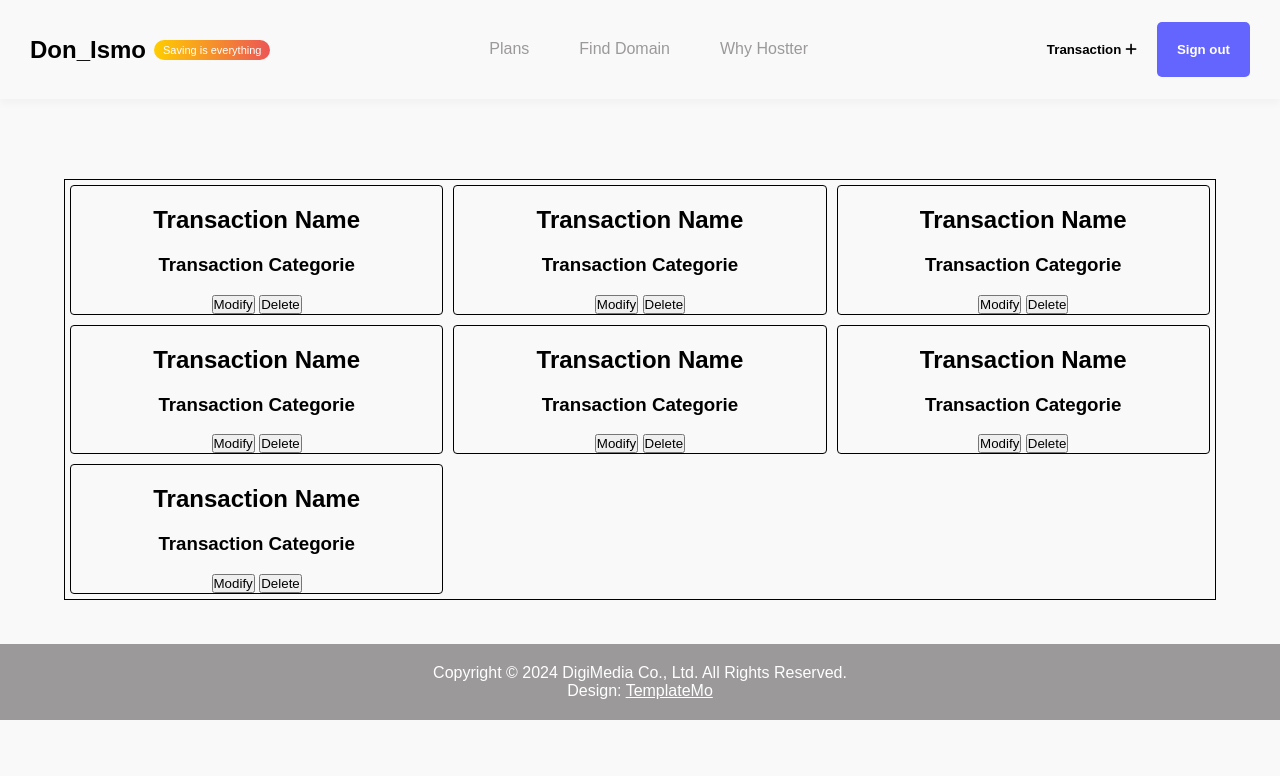
Repository: Ismail-ibr/pfa
Page: Dashboard/index.html
An editor plug-in stored every save of this project. The page is shown before and after the next save, followed by the edit.
The browser window is 1280 px wide. The pictures show the whole page.

Above is the page before, as saved 2024-05-16 23:02:08.
Console error: ReferenceError: closeButton is not defined

### Dashboard/index.html
<!DOCTYPE html>
<html lang="en">

<head>
    <meta charset="UTF-8">
    <meta name="viewport" content="width=device-width, initial-scale=1.0">
    <link rel="stylesheet" href="./style.css">
    <link rel="stylesheet" href="https://cdnjs.cloudflare.com/ajax/libs/font-awesome/6.5.2/css/all.min.css">
    <title>Document</title>
    <script defer src="./script.js"></script>
</head>

<body>

    <div class="main-div">
        <div class="nav">
            <div class="logo">
                <h2>Don_Ismo</h1>
                    <h4>Saving is everything</h4>
            </div>
            <div class="list">
                <ul>
                    <li><a href="#">Plans</a></li>
                    <li><a href="#">Find Domain</a></li>
                    <li><a href="#">Why Hostter</a></li>
                </ul>
            </div>
            <div class="nav-button">
                <h5 class="btn-1 open-button-2">Transaction<i class="fa-solid fa-plus"></i></h5>
                <h5 class="btn-2 open-button">Sign out</h5>
            </div>
            <div class="main_box2" id="modal2">
                <h2>Adding Transaction</h2>
                <form method="POST">
                    <div class="user_box2">
                        <input type="text" name="" required>
                        <label>Transaction Name</label>
                    </div>
                    <div class="user_box2">
                        <input type="text" name="" required>
                        <label>Transaction Categorie</label>
                    </div>
                    <div class="user_box2">
                        <input type="text" name="" required>
                        <label>Ma3raftch chno akhor</label>
                    </div>
                    <div class="button_form2">
                        <a href="#" id="submit">Ajouter</a>
                    </div>
                </form>
            </div>
            <div id="over"></div>

            <div class="main_box" id="modal">
                <h2>Sign out</h2>
                <div class="user_box">
                    <h3>Are you sure you want to disconnect?</h3>
                </div>
                <div class="buttons_Sign_out">
                    <div class="button_form">
                        <a href="#" id="cancel">Cancel</a>
                    </div>
                    <div class="button_form">
                        <a href="#" id="submit">Disconnect</a>
                    </div>
                </div>
            </div>
            <div id="over"></div>
        </div>
        <div class="main-content">
            <div class="transaction">
                <div class="transac">
                    <h2>Transaction Name</h2>
                    <h3>Transaction Categorie</h3>
                    <div class="buttons-transctions">
                        <button class="modifier">Modify</button>
                        <button class="supprimer">Delete</button>
                    </div>
                </div>
                <div class="transac">
                    <h2>Transaction Name</h2>
                    <h3>Transaction Categorie</h3>
                    <div class="buttons-transctions">
                        <button class="modifier">Modify</button>
                        <button class="supprimer">Delete</button>
                    </div>
                </div>
                <div class="transac">
                    <h2>Transaction Name</h2>
                    <h3>Transaction Categorie</h3>
                    <div class="buttons-transctions">
                        <button class="modifier">Modify</button>
                        <button class="supprimer">Delete</button>
                    </div>
                </div>
                <div class="transac">
                    <h2>Transaction Name</h2>
                    <h3>Transaction Categorie</h3>
                    <div class="buttons-transctions">
                        <button class="modifier">Modify</button>
                        <button class="supprimer">Delete</button>
                    </div>
                </div>
                <div class="transac">
                    <h2>Transaction Name</h2>
                    <h3>Transaction Categorie</h3>
                    <div class="buttons-transctions">
                        <button class="modifier">Modify</button>
                        <button class="supprimer">Delete</button>
                    </div>
                </div>
                <div class="transac">
                    <h2>Transaction Name</h2>
                    <h3>Transaction Categorie</h3>
                    <div class="buttons-transctions">
                        <button class="modifier">Modify</button>
                        <button class="supprimer">Delete</button>
                    </div>
                </div>
                <div class="transac">
                    <h2>Transaction Name</h2>
                    <h3>Transaction Categorie</h3>
                    <div class="buttons-transctions">
                        <button class="modifier">Modify</button>
                        <button class="supprimer">Delete</button>
                    </div>
                </div>
            </div>
        </div>
        <footer>
            <div class="container">
                <div class="row">
                    <div class="col-lg-12">
                        <p>Copyright © 2024 DigiMedia Co., Ltd. All Rights Reserved.
                            <br>Design: <a href="https://templatemo.com" target="_parent"
                                title="free css templates">TemplateMo</a>
                        </p>
                    </div>
                </div>
            </div>
        </footer>
    </div>

</body>

</html>

### Dashboard/style.css
* {
  padding: 0;
  color: rgb(0, 0, 0);
  font-family: "Poppins", sans-serif;
  box-sizing: border-box;
}

body {
  background-color: #f9f9fa;
  margin: 0;
  padding: 0;
}

/*--         Design of the form Sign Up         --*/

.main_box {
  display: none;
}

.main_box,
.main_box2 {
  color: f2f4f9;
  position: fixed;
  top: 50%;
  left: 50%;
  transform: translate(-50%, -50%) scale(0);
  display: flex;
  flex-direction: column;
  align-items: center;
  justify-content: center;
  z-index: 10;
  transition: 200ms ease-in-out;
  width: 400px;
  padding: 40px;
  /* transform: translate(-50%, -50%); */
  background-color: whitesmoke;
  box-shadow: 0px 0px 10px white;
  border-radius: 10px;
}
.main_box h2,
.main_box2 h2 {
  font-family: "Poppins", sans-serif;
  font-size: 40px;
  margin: 0 0 30px;
  padding: 0;
  text-align: center;
  cursor: pointer;
}

.main_box2 .user_box2 input {
  position: relative;
  width: 100%;
  padding: 10px;
  font-size: 16px;
  margin-bottom: 30px;
  border: none;
  outline: none;
  border-bottom: black solid 2px;
  background-color: transparent;
}

.main_box2 .user_box2 label {
  position: relative;
  left: 0;
  top: -60px;
  padding: 10px 0;
  pointer-events: none;
  transition: 0.5s;
}

.main_box2 .user_box2 :focus ~ label,
.main_box2 .user_box2 :valid ~ label {
  top: -85px;
  font-size: 13px;
  left: 0;
}
.button_form,
.button_form2 {
  display: flex;
  flex-direction: row;
  justify-content: end;
  align-content: center;
}

.button_form :first-child,
.button_form2 :first-child {
  text-decoration: none;
  color: black;
  padding: 20px 30px;
  border: 2px solid black;
}
.button_form :first-child:hover,
.button_form2 :first-child:hover {
  background-color: black;
  color: white;
  transition: 0.5s;
}

.main_box.active,
.main_box2.active {
  transform: translate(-50%, -50%) scale(1);
}

.main_box h3 {
  text-align: center;
}

#over {
  position: fixed;
  top: 0;
  left: 0;
  bottom: 0;
  right: 0;
  background-color: hsl(0, 0%, 0%, 0.5);
  opacity: 0;
  pointer-events: none;
  transition: 200ms ease-in-out;
}

#over.active {
  pointer-events: all;
  opacity: 1;
}

.nav {
  display: flex;
  padding: 0 30px;
  justify-content: space-between;
  align-items: center;
  box-shadow: 0px 5px 8px rgba(0, 0, 0, 0.03);
}

.logo {
  display: flex;
  justify-content: center;
  align-items: center;
}

.logo h4 {
  color: white;
  background: linear-gradient(
    90deg,
    rgba(255, 205, 0, 1) 0%,
    rgba(236, 84, 84, 0.9921218487394958) 100%
  );
  font-size: 11px;
  padding: 4px 9px;
  margin-left: 8px;
  border-radius: 50px;
  cursor: pointer;
  font-weight: 100;
}

.list ul {
  display: flex;
  list-style: none;
  align-items: center;
  justify-content: center;
}

.list li {
  margin: 0px 25px;
}

.list a {
  text-decoration: none;
  color: rgb(155, 153, 153);
}

.list a::after {
  content: "";
  display: block;
  width: 0%;
  height: 2px;
  background-color: rgb(155, 153, 153);
  transition: 0.4s;
}

.list a:hover::after {
  content: "";
  width: 100%;
  display: block;
  height: 2px;
  background: rgb(155, 153, 153);
  transition: 0.4s;
}

.nav-button {
  display: flex;
  align-items: center;
  justify-content: center;
}

.nav-button h5 {
  cursor: pointer;
}

.btn-1 {
  margin: 0px 20px;
  color: black;
}

.btn-1 i {
  margin-left: 4px;
}

.btn-2 {
  color: white;
  padding: 20px;
  background: rgb(100, 100, 255);
  border-radius: 5px;
}

.main-content {
  display: flex;
  justify-content: center;
  align-items: center;
  margin: 80px 0;
  text-align: center;
}

.main-div {
  height: 100vh;
  margin: 0px;
  position: relative;
}

.buttons_Sign_out {
  display: flex;
  flex-direction: row;
  align-items: center;
  justify-content: space-between;
}

.transaction {
  width: 90vw;
  height: auto;
  border: 1px solid black;
  display: flex;
  flex-wrap: wrap;
  align-items: center;
}

.transaction .transac {
  flex: 0 1 calc(33.33% - 10px);
  border: 1px solid black;
  border-radius: 4px;
  height: auto;
  margin: 5px;
}

/*---------------footer-----------------*/
footer {
  background: rgb(155, 153, 153);
  margin-top: 100px;
  padding: 5px 0px;
  position: sticky;
  bottom: 0;
  width: 100vw;
}

footer p {
  text-align: center;
  margin: 15px 0px;
  color: #fff;
}

footer p a {
  color: #fff;
  transition: all 0.5s;
}
/*---------------footer-----------------*/

### Dashboard/script.js
const openButton = document.querySelector(" .open-button");
const openButton2 = document.querySelector(" .open-button-2");

const over = document.getElementById("over");
const modal = document.querySelector(" .main_box");
const modal2 = document.querySelector(" .main_box2");

const button_close = document.getElementById("cancel");

openButton.addEventListener("click", () => {
  openModal(modal);
});

openButton2.addEventListener("click", () => {
  openModal(modal2);
});

function openModal(modalElement) {
  if (modalElement == null) return;
  modalElement.classList.add("active");
  over.classList.add("active");
}

over.addEventListener("click", () => {
  closeModal();
});

button_close.addEventListener("click", () => {
  closeModal();
});

closeButton.addEventListener("click", () => {
  closeModal();
});

function closeModal() {
  if (modal == null) return;
  modal.classList.remove("active");
  modal2.classList.remove("active");
  over.classList.remove("active");
}

After the next save:
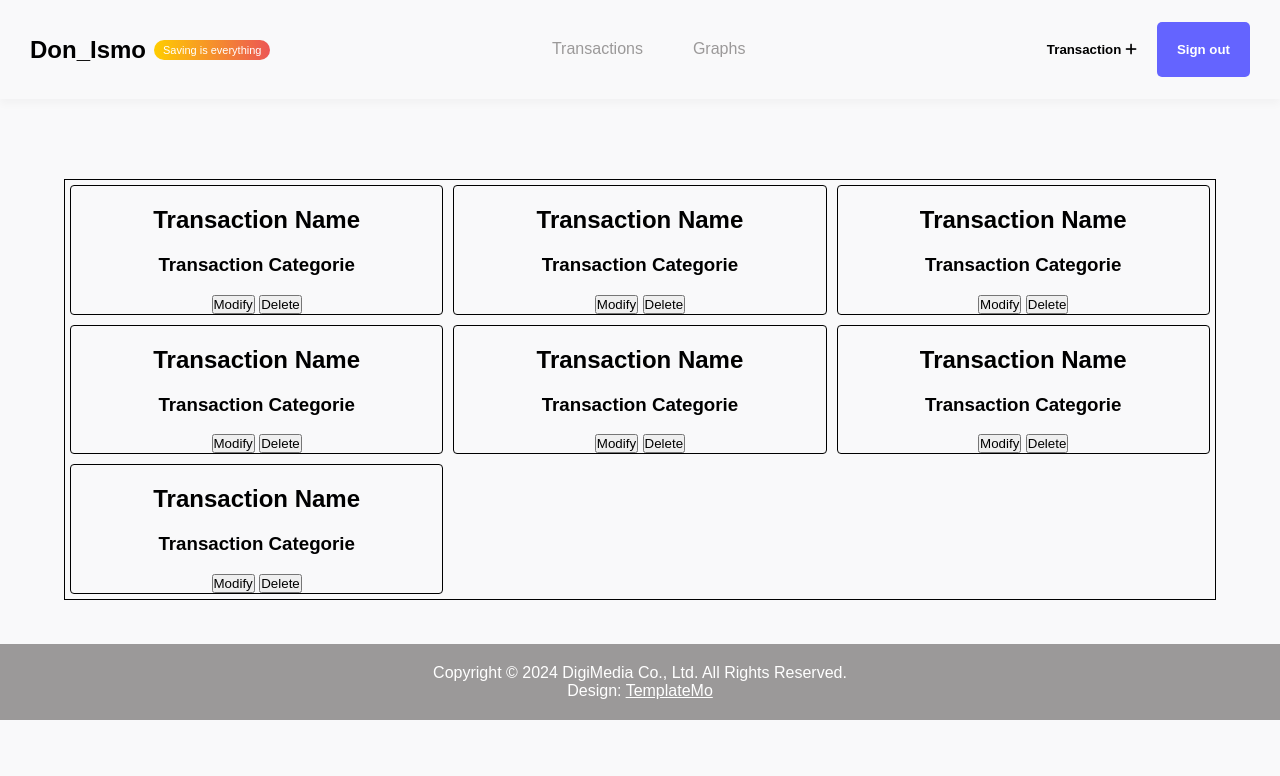
Saved 37 s later.
--- a/Dashboard/index.html
+++ b/Dashboard/index.html
@@ -20,9 +20,8 @@
             </div>
             <div class="list">
                 <ul>
-                    <li><a href="#">Plans</a></li>
-                    <li><a href="#">Find Domain</a></li>
-                    <li><a href="#">Why Hostter</a></li>
+                    <li><a href="#">Transactions</a></li>
+                    <li><a href="#">Graphs</a></li>
                 </ul>
             </div>
             <div class="nav-button">
